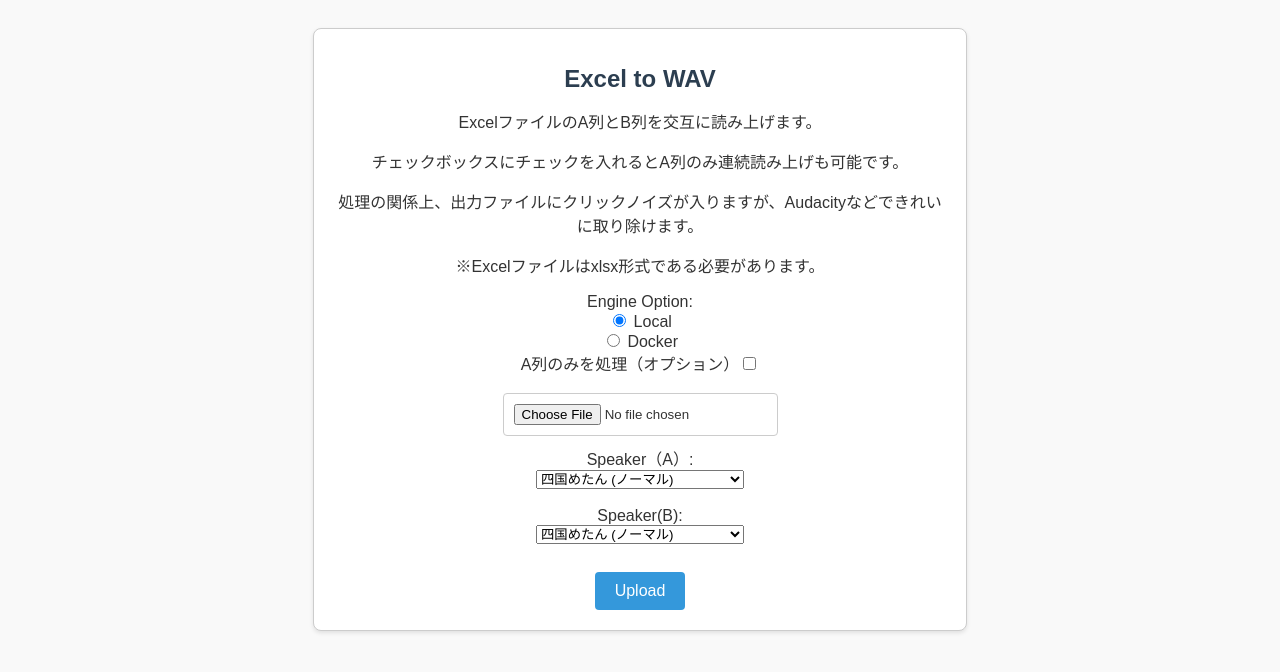
Repository: limonene213u/Excel-to-VOICE
Page: http://localhost/
These files come from the project's save history. The page is drawn as it stood at one moment and after the next save; the edit follows.
The browser window is 1280 px wide. The pictures show the whole page.
The page is served by the project's application, run on Flask 3 (volume/app.py).

Above is the page before, as saved 2023-10-11 10:44:46.

### volume/templates/index.html
<!DOCTYPE html>
<html lang="ja">
<head>
    <meta charset="UTF-8">
    <meta name="viewport" content="width=device-width, initial-scale=1.0">
    <title>VOICEVOX Excel to WAV</title>
    <style>
        body {
            font-family: Arial, sans-serif;
            padding: 20px;
            text-align: center;
            background-color: #f9f9f9;
            color: #333;
        }
        #upload-form {
            margin: auto;
            width: 50%;
            padding: 20px;
            border: 1px solid #ccc;
            border-radius: 8px;
            background-color: #fff;
            box-shadow: 0 2px 4px rgba(0,0,0,0.1);
        }
        #upload-form h1 {
            margin-bottom: 10px;
            font-size: 24px;
            color: #2c3e50;
        }
        #upload-form input[type="file"] {
            margin-bottom: 10px;
            padding: 10px;
            border: 1px solid #ccc;
            border-radius: 4px;
        }
        #upload-button {
            margin-top: 10px;
            padding: 10px 20px;
            border: none;
            border-radius: 4px;
            background-color: #3498db;
            color: #fff;
            font-size: 16px;
            cursor: pointer;
        }
        #upload-button:hover {
            background-color: #2980b9;
        }
    </style>
</head>
<body>
    <div id="upload-form">
        <h1>Excel to WAV</h1>
        <p style="text-align: center;">ExcelファイルのA列とB列を交互に読み上げます。</p>
        <p style="text-align: center;">チェックボックスにチェックを入れるとA列のみ連続読み上げも可能です。</p>
        <p style="text-align: center;">処理の関係上、出力ファイルにクリックノイズが入りますが、Audacityなどできれいに取り除けます。</p>
        <p style="text-align: center;">※Excelファイルはxlsx形式である必要があります。</p>
    <form action="/upload" method="post" enctype="multipart/form-data">
        <label for="engine-option">Engine Option:</label><br>
        <input type="radio" id="local-engine" name="engine-option" value="local" checked>
        <label for="local-engine">Local</label><br>
        <input type="radio" id="docker-engine" name="engine-option" value="docker">
        <label for="docker-engine">Docker</label><br>
        <label for="single_column">A列のみを処理（オプション）</label><input type="checkbox" name="single_column" id="single_column"><br><br>
        <input type="file" name="file" accept=".xlsx" required>
        <br>
        <label for="speaker-id-a">Speaker（A）:</label><br>
        <select id="speaker-id-a" name="speaker-id-a">
            <option value="2">四国めたん (ノーマル)</option>
            <option value="0">四国めたん (あまあま)</option>
            <option value="36">四国めたん (ささやき)</option>
            <option value="3">ずんだもん (ノーマル)</option>
            <option value="1">ずんだもん (あまあま)</option>
            <option value="22">ずんだもん (ささやき)</option>
            <option value="38">ずんだもん (ひそひそ)</option>
            <option value="8">春日部つむぎ (ノーマル)</option>
            <option value="23">WhiteCUL (ノーマル)</option>
            <option value="24">WhiteCUL (たのしい)</option>
            <option value="25">WhiteCUL (かなしい)</option>
            <option value="26">WhiteCUL (びえーん)</option>
            <option value="30">No.7 (アナウンス)</option>
            <option value="31">No.7 (読み聞かせ)</option>
            <!-- ... 他の話者のオプションを追加するにゃん -->
            <option value="50">ナースロボ＿タイプＴ (内緒話)</option>
        </select><br><br>
            <!-- 2つ目の話者を選択するドロップダウンメニューを追加にゃん -->
            <label for="speaker-id-b">Speaker(B):</label><br>
            <select name="speaker-id-b" id="speaker-id-b">
                <!-- ここに話者のオプションを追加するにゃん -->
                <option value="2">四国めたん (ノーマル)</option>
                <option value="0">四国めたん (あまあま)</option>
                <option value="36">四国めたん (ささやき)</option>
                <option value="3">ずんだもん (ノーマル)</option>
                <option value="1">ずんだもん (あまあま)</option>
                <option value="22">ずんだもん (ささやき)</option>
                <option value="38">ずんだもん (ひそひそ)</option>
                <option value="8">春日部つむぎ (ノーマル)</option>
                <option value="23">WhiteCUL (ノーマル)</option>
                <option value="24">WhiteCUL (たのしい)</option>
                <option value="25">WhiteCUL (かなしい)</option>
                <option value="26">WhiteCUL (びえーん)</option>
                <option value="30">No.7 (アナウンス)</option>
                <option value="31">No.7 (読み聞かせ)</option>
                <!-- ... 他の話者のオプションを追加するにゃん -->
                <option value="50">ナースロボ＿タイプＴ (内緒話)</option>
        </select><br><br>
        <input type="submit" value="Upload" id="upload-button">
    </form>
</body>
</html>

### volume/app.py
# app.py
from flask import Flask, render_template, request, send_file, jsonify, redirect, url_for, send_from_directory, Blueprint, make_response
import openpyxl
import requests
import json
import wave

app = Flask(__name__, static_folder='./static', template_folder='./templates')

@app.route('/')
def index():
    return render_template('index.html')

def generate_silence(duration_ms, sample_rate=24000):
    # 無音データのサンプル数を計算するにゃん
    num_samples = int(duration_ms * sample_rate / 1000)
    # すべてのサンプル値が0のバイト列を作成するにゃん
    silence_data = b'\x00' * (num_samples * 2)  # 16-bit PCMなので2バイト/サンプル
    return silence_data

def process_cell(cell, speaker_id, engine_url):
    cell_value = cell.value
    if cell_value:
        # 音声化する文言と話者を指定(3で標準ずんだもんになる)
        params = (
            ('text', cell_value),
            ('speaker', speaker_id),  # ドロップダウンメニューで選択された話者IDを使用するにゃん
        )
        # 音声合成用のクエリ作成
        query = requests.post(
            f'{engine_url}/audio_query',  # エンジンのURLを動的に変更するにゃん
            params=params
        )
        # 音声合成を実施
        synthesis = requests.post(
            f'{engine_url}/synthesis',  # エンジンのURLを動的に変更するにゃん
            headers={"Content-Type": "application/json"},
            params=params,
            data=json.dumps(query.json())
        )
        return synthesis.content  # 音声データを返すにゃん
    return b''  # ここを追加するにゃん

@app.route('/upload', methods=['POST'])
def upload_file():
    file = request.files['file']
    engine_option = request.form['engine-option']
    speaker_id = request.form['speaker-id']  # ドロップダウンメニューの値を取得するにゃん
    single_column = request.form.get('single_column') == 'on'  # チェックボックスの値を取得するにゃん
    engine_url = 'http://host.docker.internal:50021' if engine_option == 'local' else 'http://voicevox:50021'

    if file:
        # Excelファイルを処理
        workbook = openpyxl.load_workbook(file)
        sheet = workbook.active

        wav_data = b''  # 連結された音声データを保持するにゃん
        silence_data = generate_silence(500)  # 500ミリ秒の無音データを生成するにゃん

        # チェックボックスがオンの場合は2行目から処理するにゃん
        for row_idx in range(2, sheet.max_row + 1):
            if single_column:  # チェックボックスがオンの場合はA列のみを処理するにゃん
                col_idx = 1
                wav_data += process_cell(sheet.cell(row=row_idx, column=col_idx), speaker_id, engine_url)
                wav_data += silence_data  # 無音データを追加するにゃん
            else:  # チェックボックスがオフの場合はA列→B列の順に処理するにゃん
                for col_idx in range(1, 3):
                    wav_data += process_cell(sheet.cell(row=row_idx, column=col_idx), speaker_id, engine_url)
                    wav_data += silence_data  # 無音データを追加するにゃん

        # wavファイルを保存
        wav_file_path = 'output.wav'
        with wave.open(wav_file_path, 'wb') as wav_file:
            wav_file.setnchannels(1)
            wav_file.setsampwidth(2)  # 16-bit PCM
            wav_file.setframerate(24000)
            wav_file.writeframes(wav_data)

        return send_file(wav_file_path, as_attachment=True)

if __name__ == '__main__':
    app.run(host='0.0.0.0', port=5000, debug=True)

After the next save:
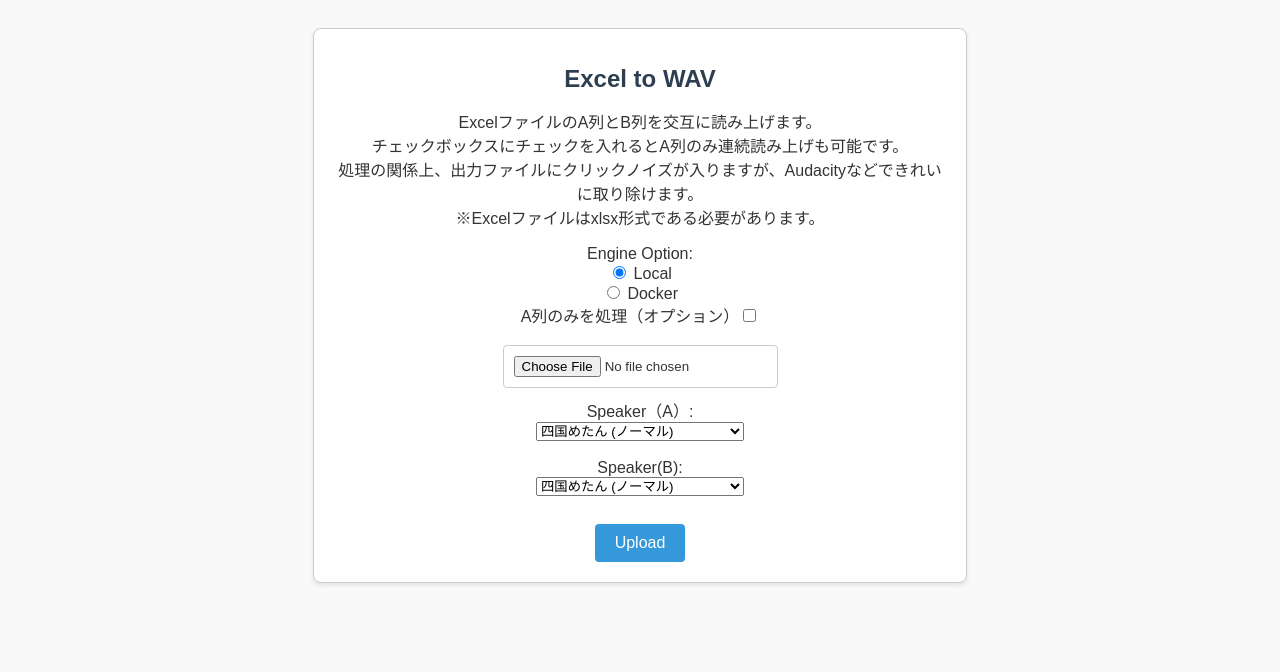
Saved 61 s later.
--- a/volume/templates/index.html
+++ b/volume/templates/index.html
@@ -50,10 +50,10 @@
 <body>
     <div id="upload-form">
         <h1>Excel to WAV</h1>
-        <p style="text-align: center;">ExcelファイルのA列とB列を交互に読み上げます。</p>
-        <p style="text-align: center;">チェックボックスにチェックを入れるとA列のみ連続読み上げも可能です。</p>
-        <p style="text-align: center;">処理の関係上、出力ファイルにクリックノイズが入りますが、Audacityなどできれいに取り除けます。</p>
-        <p style="text-align: center;">※Excelファイルはxlsx形式である必要があります。</p>
+        <p style="text-align: center;">ExcelファイルのA列とB列を交互に読み上げます。</br>
+            チェックボックスにチェックを入れるとA列のみ連続読み上げも可能です。<br>
+        処理の関係上、出力ファイルにクリックノイズが入りますが、Audacityなどできれいに取り除けます。</br>
+        ※Excelファイルはxlsx形式である必要があります。</p>
     <form action="/upload" method="post" enctype="multipart/form-data">
         <label for="engine-option">Engine Option:</label><br>
         <input type="radio" id="local-engine" name="engine-option" value="local" checked>
